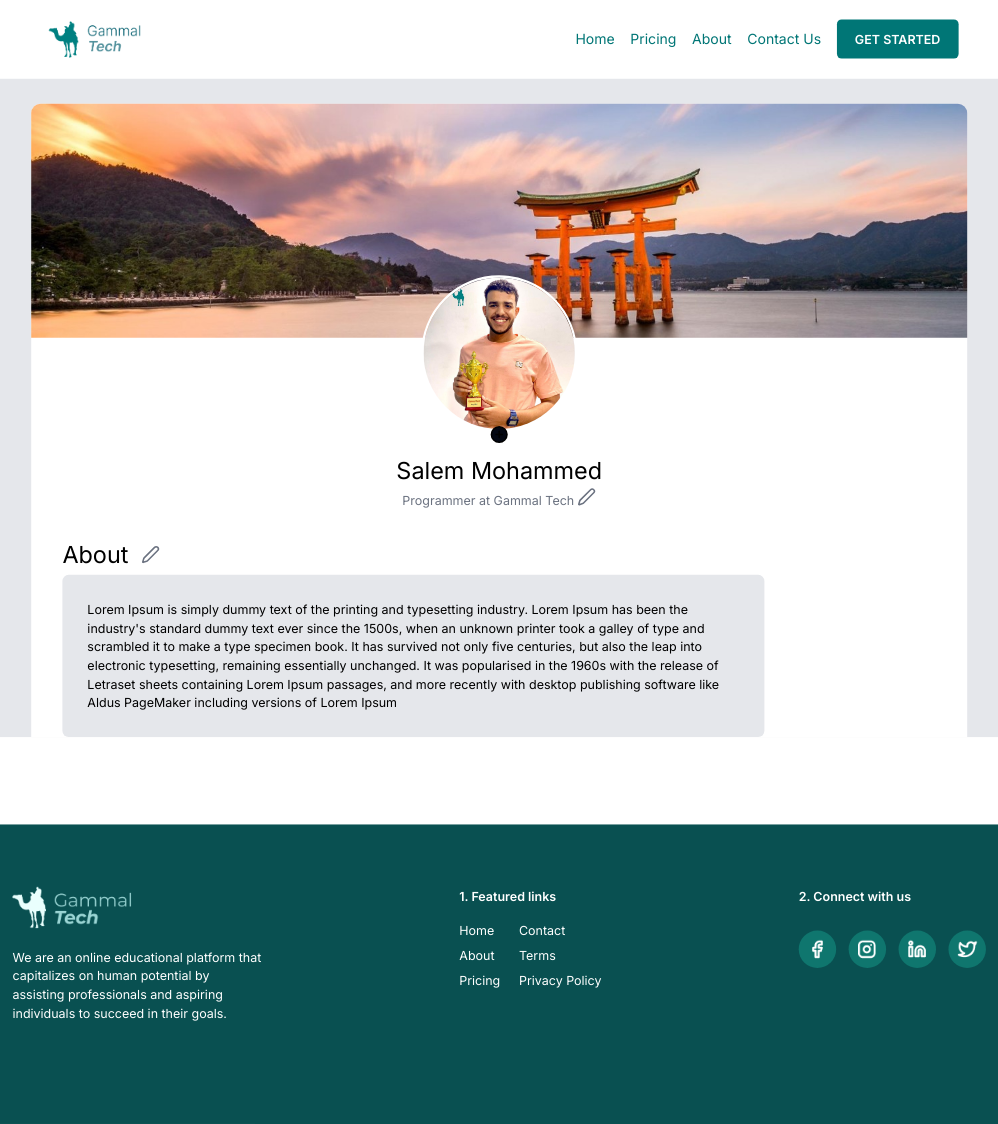
Repository: Ahmed77669/Internship-test
Page: /profile
An editor plug-in stored every save of this project. The page is shown before and after the next save, followed by the edit.
The browser window is 1280 px wide. The pictures show the whole page, at 78% of full size.
The page's requests for data from a server got no answer. The project was rebuilt for these pictures with package versions that can differ from the ones it lists, and the page was loaded fresh each time. The framework's server and built-in components were replaced by stand-ins that run in the browser. No one was signed in, and anything a server would have sent is missing. Also part of the build but not shown: next.config.mjs, components/Header/NavBarAuth.tsx.

Above is the page before, as saved 2024-10-25 14:17:58.

After the next save:
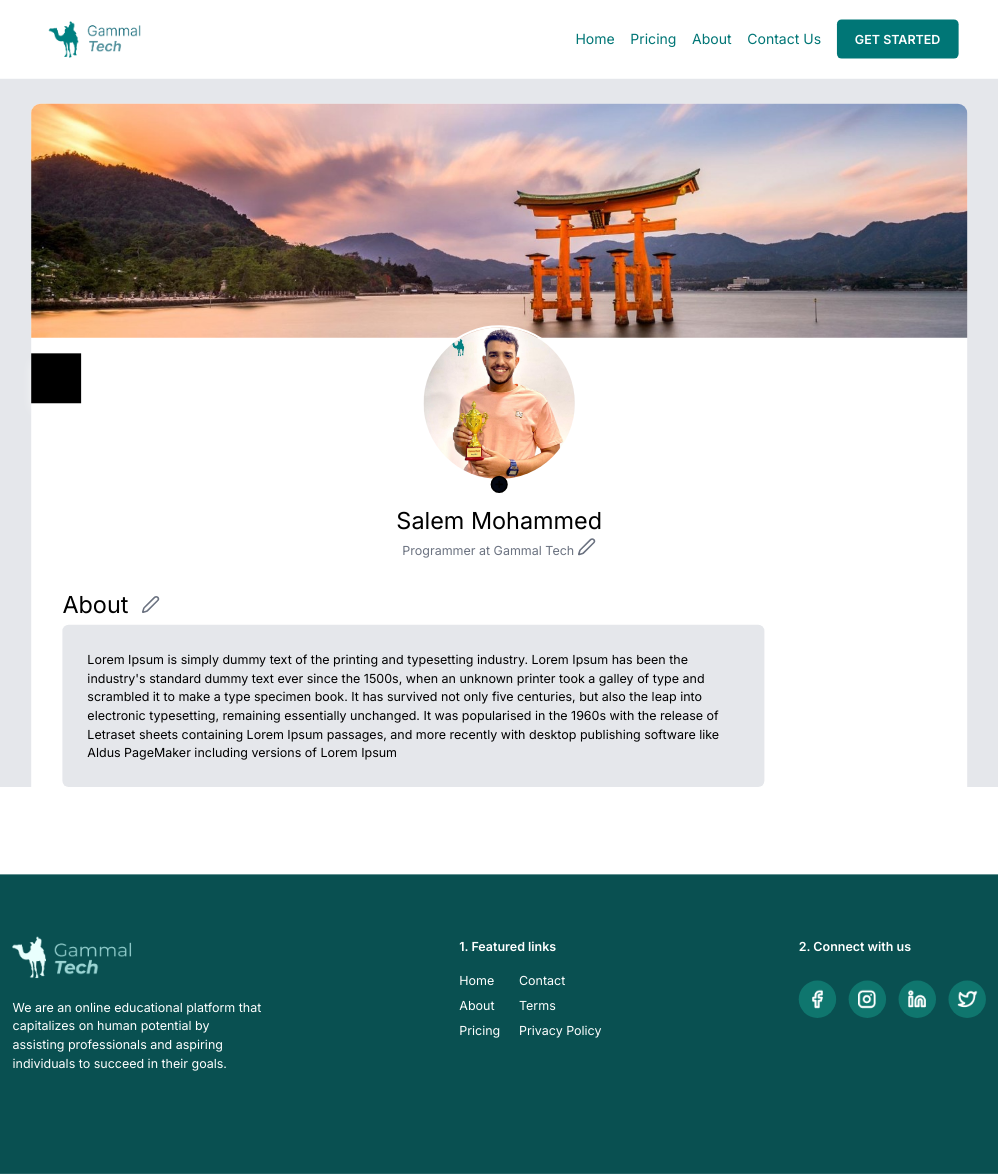
Saved 4 min 11 s later.
--- a/components/Profile/Profile.tsx
+++ b/components/Profile/Profile.tsx
@@ -15,6 +15,9 @@ const Profile = () => {
   backgroundPosition: "center",
   backgroundRepeat: "no-repeat",
 }}></div>
+<div className="bg-black w-16 h-16 shadow-white shadow-lg">
+  <Pen />
+</div>
 
 <div className="flex flex-col items-center -mt-[100px] mb-10">
   <Image
